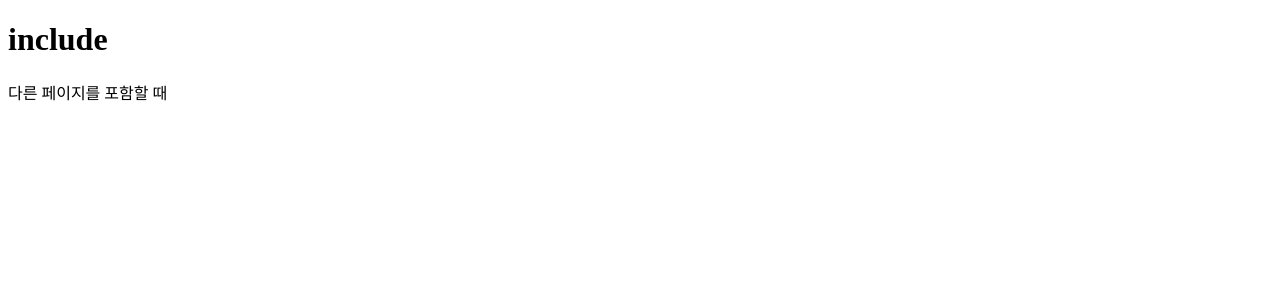
Repository: ghksl0204-shapa/dynamic-web
Page: http://localhost/ActionProject/include.do
These files come from the project's save history. The page is drawn as it stood at one moment and after the next save; the edit follows.
The browser window is 1280 px wide. The pictures show the whole page.
The page is served by Tomcat 9. Other server files are loaded and not shown.

Above is the page before, as saved 2026-05-06 07:35:51.

### ActionProject/src/main/webapp/WEB-INF/views/include.jsp
<%@ page language="java" contentType="text/html; charset=UTF-8"
    pageEncoding="UTF-8"%>
<!DOCTYPE html>
<html>
<head>
<meta charset="UTF-8">
<title>포함</title>
</head>
<body>

	<h1>include</h1>

	<p>
		다른 페이지를 포함할 때

	</p>















	<br><br><br><br><br><br><br><br><br><br><br><br><br><br><br><br><br><br><br><br><br><br><br><br><br>
</body>
</html>

### ActionProject/src/main/java/com/kh/el/controller/IncludeController.java
package com.kh.el.controller;

import java.io.IOException;
import javax.servlet.ServletException;
import javax.servlet.annotation.WebServlet;
import javax.servlet.http.HttpServlet;
import javax.servlet.http.HttpServletRequest;
import javax.servlet.http.HttpServletResponse;

@WebServlet("/include.do")
public class IncludeController extends HttpServlet {
	private static final long serialVersionUID = 1L;

    public IncludeController() {
        super();
    }

	protected void doGet(HttpServletRequest request, HttpServletResponse response) throws ServletException, IOException {

		// 1. 값 뽑기 -> 가공
		// 2. 요청처리
		// 3. 결과값 반환 / 응답화면 지정

		request.getRequestDispatcher("/WEB-INF/views/include.jsp").forward(request, response);
	}

	protected void doPost(HttpServletRequest request, HttpServletResponse response) throws ServletException, IOException {
		doGet(request, response);
	}

}

### ActionProject/src/main/webapp/WEB-INF/views/footer.jsp
<%@ page language="java" contentType="text/html; charset=UTF-8"
    pageEncoding="UTF-8"%>
<!DOCTYPE html>
<html>
<head>
<meta charset="UTF-8">
<title>Insert title here</title>
</head>
<body>

	<script>
		const date = new Date();
	</script>


	<%
		String year = new java.text.SimpleDateFormat("yyyy").format(new java.util.Date());
	%>

	Copyright © 1998-<%= year %> KH Information Educational Institute All Right Reserved

</body>
</html>

After the next save:
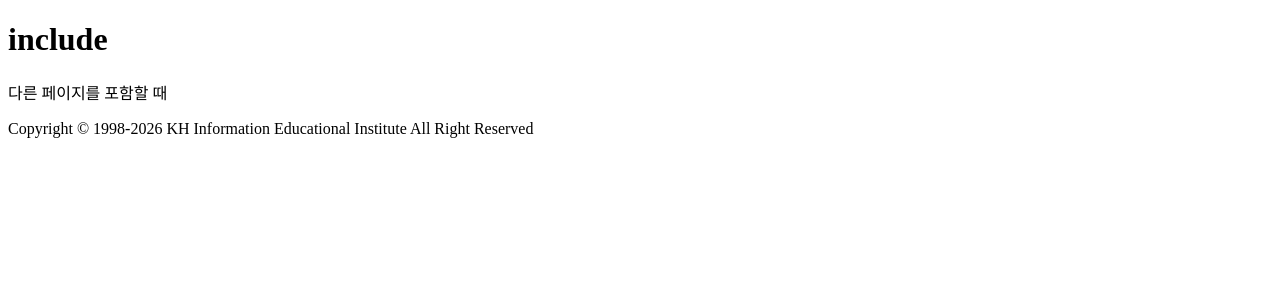
Saved 47 s later.
--- a/ActionProject/src/main/webapp/WEB-INF/views/include.jsp
+++ b/ActionProject/src/main/webapp/WEB-INF/views/include.jsp
@@ -12,9 +12,9 @@
 
 	<p>
 		다른 페이지를 포함할 때
-
 	</p>
 
+	<%@ include file="footer.jsp" %>
 
 
 
